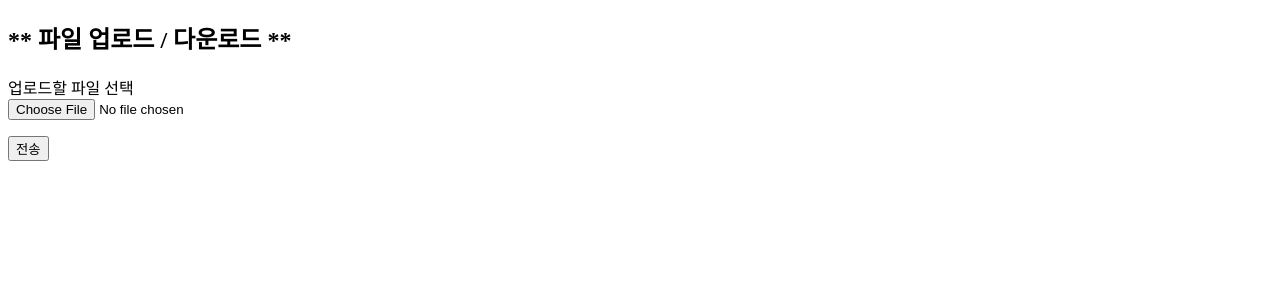
Repository: offbr/Spring
Page: http://localhost/spring_mvc22_file/upload
The author's editor kept a copy of each file at every save. The page is drawn from the files as they stood at one save, then again after the next save.
The browser window is 1280 px wide. The pictures show the whole page.
The page is served by Tomcat 9. Other server files are loaded and not shown.

Above is the page before, as saved 2016-10-18 01:18:44.

### spring_mvc22_file/src/main/webapp/WEB-INF/view/uploadform.jsp
<%@ page language="java" contentType="text/html; charset=UTF-8"
    pageEncoding="UTF-8"%>
<%@ taglib prefix="form" uri="http://www.springframework.org/tags/form" %>
<!DOCTYPE html>
<html>
<head>
<meta http-equiv="Content-Type" content="text/html; charset=UTF-8">
<title>Insert title here</title>
</head>
<body>
<h2>** 파일 업로드 / 다운로드 **</h2>
업로드할 파일 선택<br>
<form:form enctype="multipart/form-data" modelAttribute="uploadBean">
<input type="file" name="file"><br>
<p><form:errors path="file" cssStyle="Color:red" /></p>
<input type="submit" value="전송" />
</form:form>
</body>
</html>

After the next save:
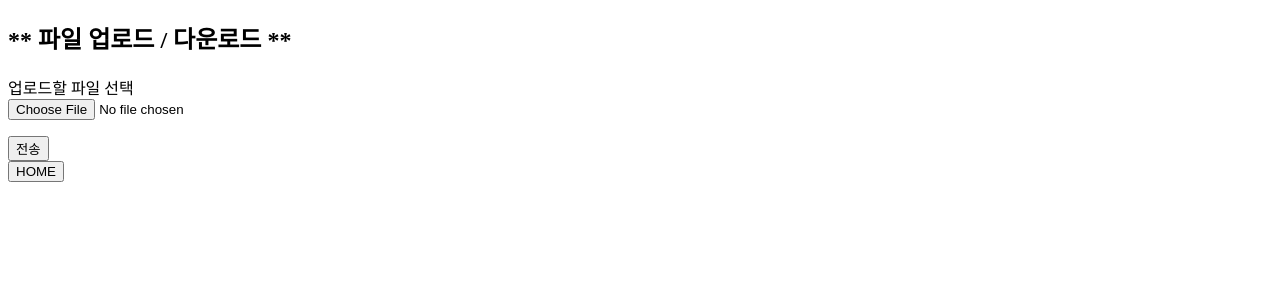
Saved 8 s later.
--- a/spring_mvc22_file/src/main/webapp/WEB-INF/view/uploadform.jsp
+++ b/spring_mvc22_file/src/main/webapp/WEB-INF/view/uploadform.jsp
@@ -15,5 +15,6 @@
 <p><form:errors path="file" cssStyle="Color:red" /></p>
 <input type="submit" value="전송" />
 </form:form>
+<a href="index.jsp"><button>HOME</button></a>
 </body>
 </html>
